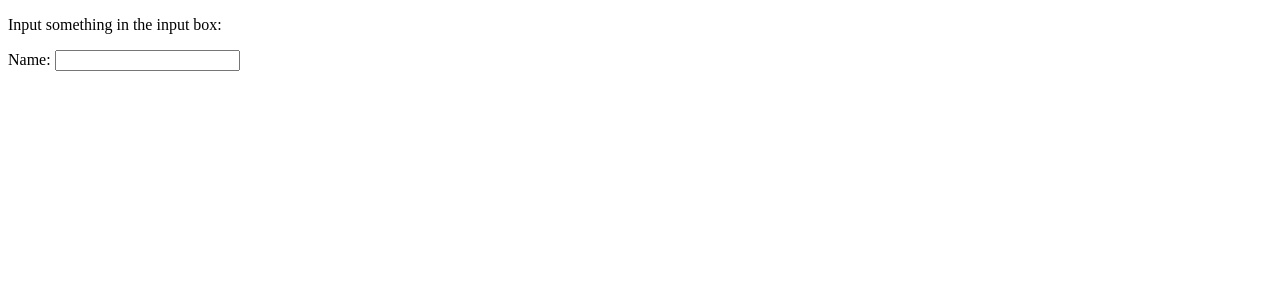
Repository: Sourabh33/ProjectThirdRepo
Page: http://localhost/Traning_Management/
An editor plug-in stored every save of this project. The page is shown before and after the next save, followed by the edit.
The browser window is 1280 px wide. The pictures show the whole page.
Some web libraries are served in a nearby version. The page is served by Tomcat 9. Other server files are loaded and not shown.

Above is the page before, as saved 2016-11-09 13:06:36.

### Training Management Project/Traning_Management/src/main/webapp/index.jsp
<!DOCTYPE html>
<html>
<script src="https://ajax.googleapis.com/ajax/libs/angularjs/1.4.8/angular.min.js"></script>
<body>

<div ng-app="">

<p>Input something in the input box:</p>
<p>Name: <input type="text" ng-model="name"></p>
<p ng-bind="name"></p>

</div>

</body>
</html>

After the next save:
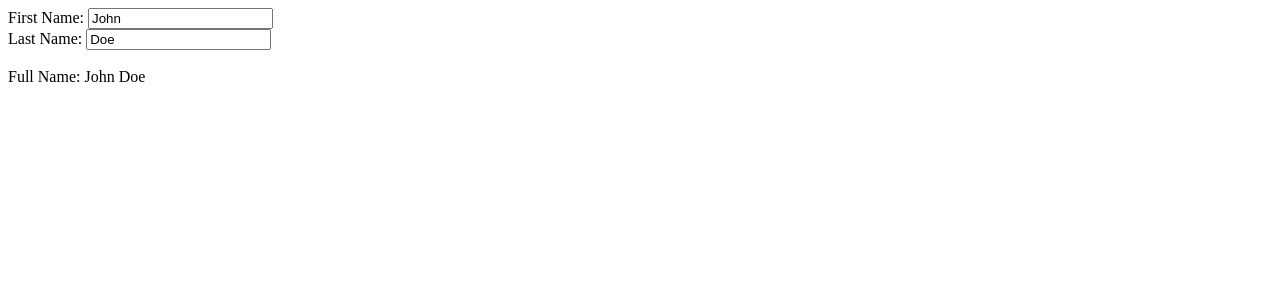
Saved 28 s later.
--- a/Training Management Project/Traning_Management/src/main/webapp/index.jsp
+++ b/Training Management Project/Traning_Management/src/main/webapp/index.jsp
@@ -3,13 +3,22 @@
 <script src="https://ajax.googleapis.com/ajax/libs/angularjs/1.4.8/angular.min.js"></script>
 <body>
 
-<div ng-app="">
+<div ng-app="myApp" ng-controller="myCtrl">
 
-<p>Input something in the input box:</p>
-<p>Name: <input type="text" ng-model="name"></p>
-<p ng-bind="name"></p>
+First Name: <input type="text" ng-model="firstName"><br>
+Last Name: <input type="text" ng-model="lastName"><br>
+<br>
+Full Name: {{firstName + " " + lastName}}
 
 </div>
 
+<script>
+var app = angular.module('myApp', []);
+app.controller('myCtrl', function($scope) {
+    $scope.firstName = "John";
+    $scope.lastName = "Doe";
+});
+</script>
+
 </body>
 </html>
